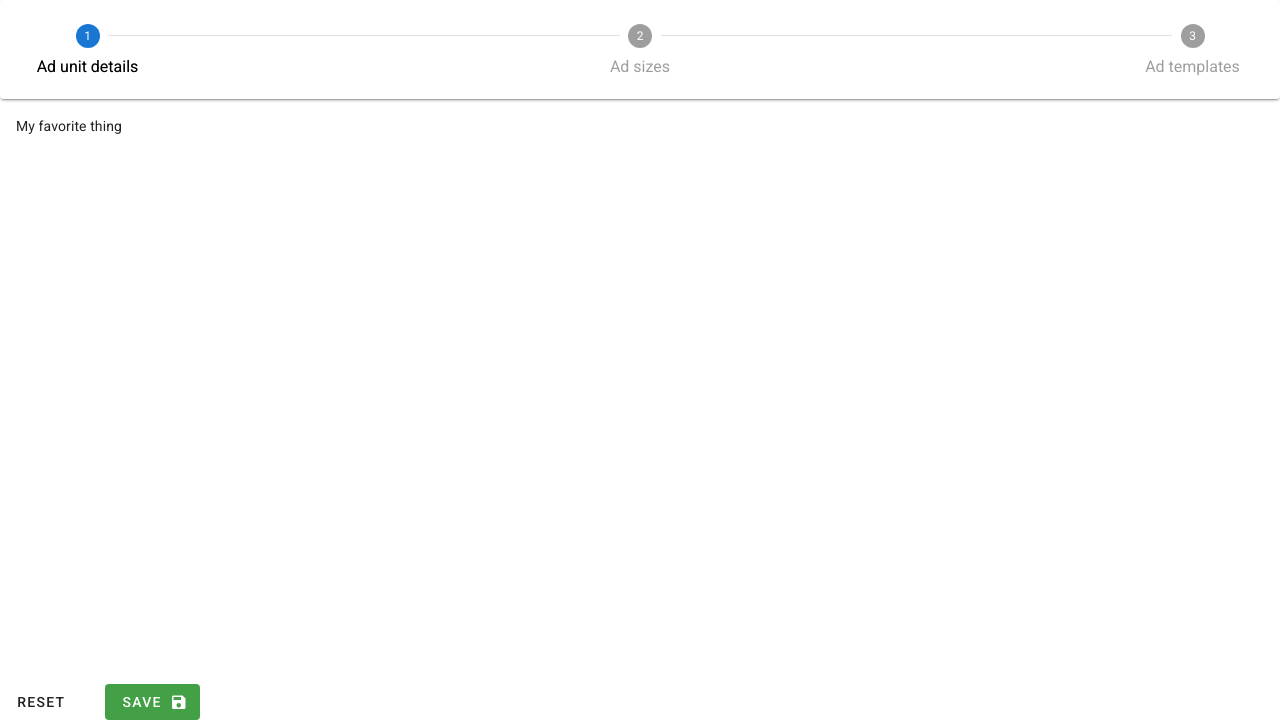
Repository: SidneyHodieb/myc
Page: /addsource
These files come from the project's save history. The page is drawn as it stood at one moment and after the next save; the edit follows.
The browser window is 1280 px wide. The pictures show the whole page.
The project was rebuilt for these pictures with package versions that can differ from the ones it lists, and the page was loaded fresh each time. Also part of the build but not shown: vue.config.js, src/views/Home.vue, src/views/addSource/components/format.vue, src/views/addSource/components/card.vue, src/views/addSource/components/trigger.vue.

Above is the page before, as saved 2021-04-03 18:25:32.

### src/App.vue
<template>
  <v-app>
    <v-main>
      <router-view></router-view>
    </v-main>
  </v-app>
</template>

<script>

export default {
  name: 'App',
  data: () => ({
    //
  }),
};
</script>

### src/router/index.js
import Vue from 'vue'
import VueRouter from 'vue-router'
import Home from '../views/Home.vue'
import addSource from '../views/addSource/column'
import format from '../views/addSource/components/format'
import card from '../views/addSource/components/card'
import trigger from '../views/addSource/components/trigger'

Vue.use(VueRouter)

const routes = [
  {
    path: '/',
    name: 'Home',
    component: Home
  },
  {
    path: '/addsource',
    name: 'addSource',
    component: addSource,
    children: [
      {
        path: 'format',
        component: format
      },
      {
        path: 'card',
        component: card
      },
      {
        path: 'trigger',
        component: trigger
      }
    ]
  },
  {
    path: '/about',
    name: 'About',
    // route level code-splitting
    // this generates a separate chunk (about.[hash].js) for this route
    // which is lazy-loaded when the route is visited.
    component: function () {
      return import(/* webpackChunkName: "about" */ '../views/About.vue')
    }
  }
]

const router = new VueRouter({
  mode: 'history',
  base: process.env.BASE_URL,
  routes
})

export default router

### src/views/addSource/column.vue
<template>
<div>
    <!-- Header -->
      <v-stepper alt-labels>
          <v-stepper-header>
            <v-stepper-step step="1">
              Ad unit details
            </v-stepper-step>

            <v-divider></v-divider>

            <v-stepper-step step="2">
              Ad sizes
            </v-stepper-step>

            <v-divider></v-divider>

            <v-stepper-step step="3">
              Ad templates
            </v-stepper-step>
          </v-stepper-header>
        </v-stepper>

        <!-- Content -->
        <v-card-text>My favorite thing</v-card-text>
        <router-view></router-view>
        <!--Footer  -->


      <!-- <v-row class="">
        <v-col>
          <v-btn
      rounded
      outlined
      color="indigo"
    >
     <v-icon left>
        mdi-arrow-left
      </v-icon>
      Précedent
    </v-btn>
        </v-col>
        <v-col>
          <v-btn
      rounded
      color="primary"
      dark
    >
      Suivant
    </v-btn>
        </v-col>
      </v-row> -->

<v-row style="position:fixed; bottom:0">
  <v-col>
      <v-btn
        text
        @click="tree = []"
      >
        Reset
      </v-btn>

</v-col>
 <v-col offset-md="12">
      <v-btn
        class="white--text"
        color="green darken-1"
        depressed
      >
        Save
        <v-icon right>
          mdi-content-save
        </v-icon>
      </v-btn>
       </v-col>
</v-row>
   <!--  <v-sheet
      id="scroll-threshold-example"
      class="overflow-y-auto pb-16"
      max-height="600"
    >
      <v-responsive height="1500"></v-responsive>
    </v-sheet> -->
</div>
</template>

<script>
export default {

}
</script>

<style>

</style>

Loaded but not shown: public/index.html (common file); src/main.js (common file); src/store/index.js (common file); src/plugins/vuetify.js (common file)

After the next save:
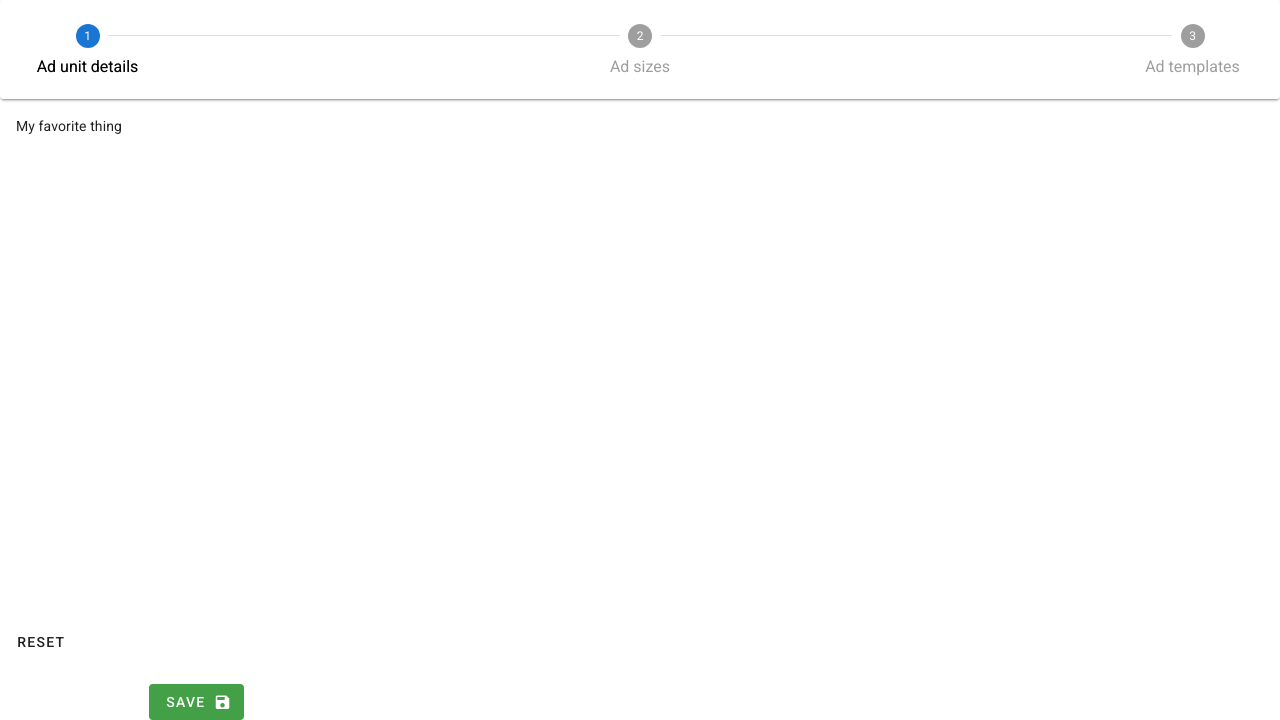
Saved 14 s later.
--- a/src/views/addSource/column.vue
+++ b/src/views/addSource/column.vue
@@ -52,7 +52,7 @@
       </v-row> -->
 
 <v-row style="position:fixed; bottom:0">
-  <v-col>
+  <v-col md="8">
       <v-btn
         text
         @click="tree = []"
@@ -61,7 +61,7 @@
       </v-btn>
 
 </v-col>
- <v-col offset-md="12">
+ <v-col offset-md="8">
       <v-btn
         class="white--text"
         color="green darken-1"
